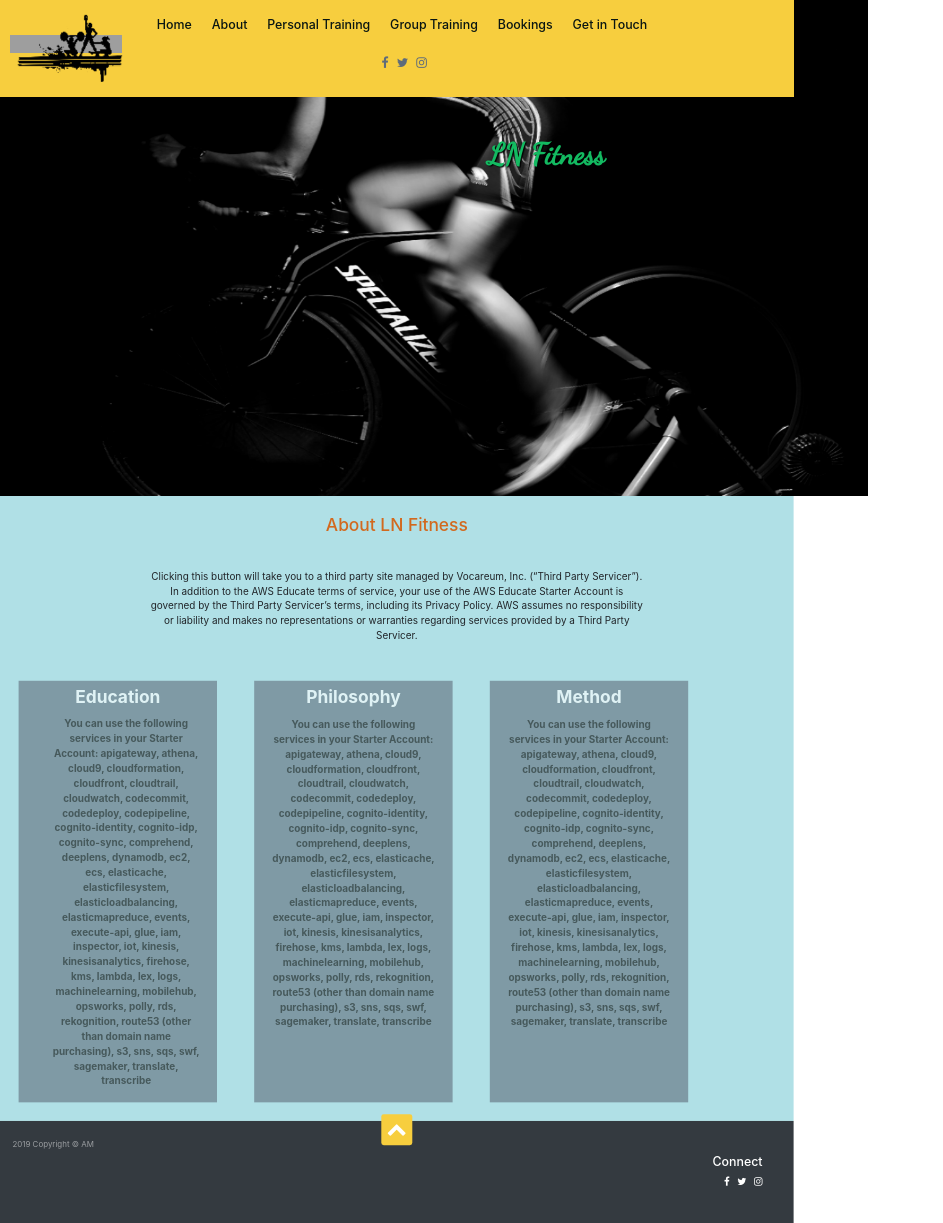
Repository: murphya14/Fitness-webpage
Page: personal-training.html
The author's editor kept a record of every edit. The page is drawn from the files as they stood at one moment, then again after the next edit.
The browser window is 1280 px wide. The page is 1521 px wide, so the pictures cover 1521 px, including what lies to the right of the window. The pictures show the whole page, at 62% of full size.
Pictures or frames that could not be fetched are drawn as grey boxes.

Above is the page before.

### personal-training.html
<!DOCTYPE html>
<html lang="en">

<head>
  <meta charset="UTF-8">
  <meta name="viewport" content="width=device-width, initial-scale=1.0">
  <meta http-equiv="X-UA-Compatible" content="ie=edge">
  <link rel="stylesheet" href="assets/css/style.css" />
  <link rel="stylesheet" href="https://stackpath.bootstrapcdn.com/bootstrap/4.3.1/css/bootstrap.min.css" <link rel="stylesheet" href="https://stackpath.bootstrapcdn.com/font-awesome/4.7.0/css/font-awesome.min.css" type="text/css" />
  <link rel="shortcut icon" type="image/x-icon" href="assets/favicon.ico">
  <link rel="stylesheet" href="https://cdnjs.cloudflare.com/ajax/libs/font-awesome/4.7.0/css/font-awesome.min.css">
  <link rel="stylesheet" type="text/css" href="//fonts.googleapis.com/css?family=Dancing+Script" />
  <title>Home</title>
</head>

<body>



  <header>
    <!-- Logo and Nav bar-->
    <!-- Used help from Stack overflow: https://stackoverflow.com/questions/23949804/how-to-change-link-color-bootstrap-->


    <nav class=" container-fliud navbar navbar-expand-lg navbar-custom  fixed-top navbar-light topnav">
      <div><a class="logo " href="index.html">
          <img src="assets/images/logo.png" alt="logo">
        </a></div>


      <div>
        <div>
          <ul class="nav justify-content-center container-fluid">

            <li class="nav-item">
              <a class="nav-link" href="index.html">Home</a>
            </li>
            <li class="nav-item ">
              <a class="nav-link"  href="about.html">About</a>
            </li>
            <li class="nav-item  ">
              <a class="nav-link" href="personal-training.html">Personal Training</a>
              <li class="nav-item ">
                <a class="nav-link" href="group-training.html">Group Training</a>
              </li>
              <li class="nav-item ">
                <a class="nav-link" href="bookings.html">Bookings</a>
              </li>
              <li class="nav-item ">
                <a class="nav-link" href="get-in-touch.html">Get in Touch</a>
              </li>
          </ul>

        </div>
        <!-- Select menu for Nav bar for smaller devices-->

        <select id="select">
    <option value="index.html" selected="selected">Home</div>
    <option value="about.html">About</option>
    <option value="training.html">Personal Training</option>
    <option value="group-training">Group Training</option>
    <option value="get-in-touch">Get in Touch</option>
  </select>

        <!-- Social links-->

        <div class="row no-gutters">
          <div class="col">

            <div class="nav-link">

              <ul class="list-inline social-links">
                <li class="list-inline-item">
                  <a target="_blank" href="#">
                            <i class="fa fa-facebook" aria-hidden="true"></i>
                            <span class="sr-only">Facebook</span>
                        </a>
                </li>
                <li class="list-inline-item">
                  <a target="_blank" href="#">
                            <i class="fa fa-twitter" aria-hidden="true"></i>
                            <span class="sr-only">Twitter</span>
                        </a>
                </li>


                <li class="list-inline-item">
                  <a target="_blank" href="#">
                            <i class="fa fa-instagram" aria-hidden="true"></i>
                            <span class="sr-only">Instagram</span>
                        </a>
                </li>

              </ul>
            </div>
          </div>
        </div>

    </nav>


  </header>

  <!-- Container for main image -->

  <div class="cotainer-fluid">
    <section class="section">



      <div class="row main-image">

        <div class="col-md-12 col-sm-3 image-about">
          <img src="assets/images/about.jpg" alt="LN Trainer">

          <h2 class="image-text">LN Fitness</h2>
        </div>
      </div>
  </div>

  <!-- Container for link to tailored programs -->

  <div class="container-fluid section">
    <div class="row">
      <div class="col-md-12 col-sm-12">
        <h3 class="section-heading">About LN Fitness</h3>
        <p class="col-md-8 section-p-about">Clicking this button will take you to a third party site managed by Vocareum, Inc. (“Third Party Servicer”). In addition to the AWS Educate terms of service, your use of the AWS Educate Starter Account is governed by the Third Party Servicer’s
          terms, including its Privacy Policy. AWS assumes no responsibility or liability and makes no representations or warranties regarding services provided by a Third Party Servicer.</a>
      </div>
      </p>

    </div>

    <div class="row">


      <div class="transbox col-md-3 col-sm-12">
        <h3 class="box-heading"> Education</h3>
        <div class="container">
        <p class="col-md-12 col-sm-12">You can use the following services in your Starter Account: apigateway, athena, cloud9, cloudformation, cloudfront, cloudtrail, cloudwatch, codecommit, codedeploy, codepipeline, cognito-identity, cognito-idp, cognito-sync, comprehend, deeplens,
          dynamodb, ec2, ecs, elasticache, elasticfilesystem, elasticloadbalancing, elasticmapreduce, events, execute-api, glue, iam, inspector, iot, kinesis, kinesisanalytics, firehose, kms, lambda, lex, logs, machinelearning, mobilehub, opsworks, polly,
          rds, rekognition, route53 (other than domain name purchasing), s3, sns, sqs, swf, sagemaker, translate, transcribe</p>
      </div>
      </div>





      <div class="transbox col-md-3 col-sm-12">
        <h3 class="box-heading"> Philosophy</h3>
        <p>You can use the following services in your Starter Account: apigateway, athena, cloud9, cloudformation, cloudfront, cloudtrail, cloudwatch, codecommit, codedeploy, codepipeline, cognito-identity, cognito-idp, cognito-sync, comprehend, deeplens,
          dynamodb, ec2, ecs, elasticache, elasticfilesystem, elasticloadbalancing, elasticmapreduce, events, execute-api, glue, iam, inspector, iot, kinesis, kinesisanalytics, firehose, kms, lambda, lex, logs, machinelearning, mobilehub, opsworks, polly,
          rds, rekognition, route53 (other than domain name purchasing), s3, sns, sqs, swf, sagemaker, translate, transcribe</p>
      </div>

         <div class="transbox col-md-3 col-sm-12">
        <h3 class="box-heading"> Method</h3>
        <p>You can use the following services in your Starter Account: apigateway, athena, cloud9, cloudformation, cloudfront, cloudtrail, cloudwatch, codecommit, codedeploy, codepipeline, cognito-identity, cognito-idp, cognito-sync, comprehend, deeplens,
          dynamodb, ec2, ecs, elasticache, elasticfilesystem, elasticloadbalancing, elasticmapreduce, events, execute-api, glue, iam, inspector, iot, kinesis, kinesisanalytics, firehose, kms, lambda, lex, logs, machinelearning, mobilehub, opsworks, polly,
          rds, rekognition, route53 (other than domain name purchasing), s3, sns, sqs, swf, sagemaker, translate, transcribe</p>
      </div>


    </div>

  </div>




  </div>
  </div>
  </section>
  </div>




  <!-- footer-->

  <footer id="footer" class="container-fluid py-4 bg-dark text-white-50">
    <div class="row">

      <div class="col-sm-4 text-footer">
        <small>2019 Copyright &copy; AM</small></div>

      <div class="col-sm-4 "><a id="button"></a></div>


      <div class="col-sm-4">

        <!-- footer social media links-->
        <div class="footer-link">
          <h5 class="uppercase general-sub">Connect</h5>
          <ul class="list-inline social-links">
            <li class="list-inline-item">
              <a target="_blank" href="#">
                            <i class="fa fa-facebook" aria-hidden="true"></i>
                            <span class="sr-only">Facebook</span>
                        </a>
            </li>
            <li class="list-inline-item">
              <a target="_blank" href="#">
                            <i class="fa fa-twitter" aria-hidden="true"></i>
                            <span class="sr-only">Twitter</span>
                        </a>
            </li>


            <li class="list-inline-item">
              <a target="_blank" href="#">
                            <i class="fa fa-instagram" aria-hidden="true"></i>
                            <span class="sr-only">Instagram</span>
                        </a>
            </li>

          </ul>
        </div>

      </div>

  </footer>


  <!--------------Back to top button created with help from https://www.templatemonster.com/blog/back-to-top-button-css-jquery/--->
  <script src="https://code.jquery.com/jquery-3.4.1.slim.min.js"></script>
  <script src="https://cdnjs.cloudflare.com/ajax/libs/popper.js/1.15.0/umd/popper.min.js"></script>
  <script src="https://stackpath.bootstrapcdn.com/bootstrap/4.3.1/js/bootstrap.min.js"></script>


  <script>
    jQuery(document).ready(function() {

      var btn = $('#button');

      $(window).scroll(function() {
        if ($(window).scrollTop() > 300) {
          btn.addClass('show');
        }
        else {
          btn.removeClass('show');
        }
      });

      btn.on('click', function(e) {
        e.preventDefault();
        $('html, body').animate({ scrollTop: 0 }, '300');
      });

    });
  </script>




</body>

</html>

### assets/css/style.css
/*----------------------------------------------- Colours*/

.nav-link {
    color: #00ccff;
}

#active {
    color: #5F6C7A;
}

.navbar {
    background:#f7ce3e ;

}


li a:hover {
    color: #f7ce3e;
}

/*--------------------------------------------- General*/

body {font-size: 17px;
    font-family: "arial", sans-serif;
    margin: 0; padding: 0; overflow-x:hidden;
}

.center {
  display: block;
  margin-left: auto;
  margin-right: auto;
  width: 50%;
}


.inline-block {
    display: inline-block;
}







.highlight {color:#D2691E;
    padding:0;
    margin:0;
}








/*--------------------------------------------- Nav bar*/

nav ul {
    padding: 8px;
    margin-right: 0;
    display: block;
    font-size: 20px;
    font-weight: 600;



}

.logo {
    position: static;
    background: url("../images/rosie.jpg");
    background-position: center;
    background-repeat: no-repeat;
    margin-right:40px;
    padding-top: 10px;
    padding-left: 10px;
    min-height: 100px;
    transition: all .5s ease-in-out;
    -moz-transition: all .5s ease-in-out;
    -webkit-transition: all .5s ease-in-out;
    height: 10%;
    width: 25%;
}

.header {
    position: fixed;
    top: 0;
    left: 0;
    right: 0;
    background-color: #e84610;
    padding: 15px 25px;

}

nav select {
    display: none;
    background-color: #77C9D4;
    color: white;
    border: 1px solid #778899;
   position: relative;
   cursor: pointer;
   top: 100%;
  left: 0;
  right: 0;
  z-index: 99;

}

#select {color: #f7ce3e;
    background-color: #5F6C7A;
}


.nav-link
{color: #0A1612;
text-align: center;
padding: 8px;
    margin-right: 0;
    display: block;

    font-size:33;
    font-weight: 500;
    padding-left: 5px;
      transition: all 0.35s ease-in-out;
    -moz-transition: all 0.35s ease-in-out;
    -webkit-transition: all 0.35s ease-in-out;
    -o-transition: all 0.35s ease-in-out;
    max-width:100%;

}
/*-------------------------Social links*/
nav a {color:#5F6C7A;}

nav a:hover {
    color: white;
}

/*-------------------------------------------Section*/

/*-------------------------Section Image*/

.main-image {max-width:100%;
    height:100%;
    padding-left:0;
    padding-right:0;
    position: relative;
 }

.image-text {
   position: absolute;
   top: 250px;
   left: 70%;
   width: 100%;
   color:#13BA61;
   font-family: "Dancing Script";
   font-size: 48px;
   font-variant: normal;
   font-weight: 700;
   line-height: 26.4px;
   text-shadow: 2px 2px 2px #000;
    transform: translate(-50%, -50%);
 }


/*------------------Index.html*/
 .section {background-color:#B0E0E6;
  text-align: center;


     max-width:100%;
 }

.section-heading {color: #D2691E;
            text-align: center;
                    padding: 30px;
}

.section-p {padding:12px;
margin:10px;
    padding-bottom: 50px;
;


}

.section-p-about {padding:15px;
    text-align: center;
     width:75%;
}



.free-link {text-align: center;
    font-weight: 700;
    background-color: #5F6C7A;
    font:white;
    padding:15px;
    margin:15px;
    border-radius:15px;

  bottom: 5px;
  right: 30px;
  transition: background-color .3s;
  z-index: 1000;
  position: relative;
   left: 50%;

     transform: translate(-50%,-50%);


}

.section-link {color:white;
 width:120px;


}


.section a:hover {color:#f7ce3e;
text-decoration:none;

}

/*------------------About.html*/


/* With help from https://www.w3schools.com/css/tryit.asp?filename=trycss_transparency*/

div.transbox {
  margin: 30px;
  background-color: #5F6C7A;
  border: none;
  opacity: 0.6;
  filter: alpha(opacity=60);
  padding: 10px;
}

div.transbox p {
  margin: 5%;
  font-weight: bold;
  color: #000000;
}

.box-heading {font-weight:700;
color:white;}


/*--------------------------------------------- footer*/

#button {
  text-align: center;
  display: inline-block;
  background-color: #f7ce3e;
  width: 50px;

  border-radius: 4px;
  bottom: 10px;
  right: 30px;
  transition: background-color .3s;
  z-index: 1000;
  position: relative;
   left: 50%;

     transform: translate(-50%,-50%);


}


#button:hover {
  cursor: pointer;
  background-color: #333;
}
#button:active {
  background-color: #555;
}

#button::after {
  content: "\f077";
  font-family: FontAwesome;
  font-weight: normal;
  font-style: normal;
  font-size: 2em;
  line-height: 50px;
  color: #fff;
}

.footer-link
{color: white;
text-align: right;

    float: none;
    padding-bottom: 15px;
    padding-right: 30px;
    padding-top:30px;
    font-size:33;
    font-weight: 500;
    padding-left: 5px;
      transition: all 0.35s ease-in-out;
    -moz-transition: all 0.35s ease-in-out;
    -webkit-transition: all 0.35s ease-in-out;
    -o-transition: all 0.35s ease-in-out;

}

footer a {color:white;}

 footer  a:hover {
    color: #f7ce3e;
}

.text-footer {float: left;
padding-bottom: 5px;
text-align: left;

}

#footer { min-height: 120px;

    margin: 0;
    padding: 20px;
    max-width:100%;}



/*------------- Responsive design*/

/* Extra small devices (phones, 600px and down) */


@media only screen and (max-width: 600px) {

/*------------------------------------- Changing the menu to a select bar for smaller screens*/
  .topnav {display: none;
    }
    nav select {
        display: inline-block;
        width: 55%;
        height: 25%;
          border-radius: 4px;
        position: left;
    }
    .nav-item {
        display: none;
    }
    .logo {
        position: right;
        height: 80%;
    }
}






/* Small devices (portrait tablets and large phones, 600px and up) */

@media only screen and (min-width: 600px) {}

/* Medium devices (landscape tablets, 768px and up) */

@media only screen and (min-width: 768px) {
.section-p-about {  transform: translate(25%, 0);}
}

/* Large devices (laptops/desktops, 992px and up) */

@media only screen and (min-width: 992px) {
    ...
}

/* Extra large devices (large laptops and desktops, 1200px and up) */

@media only screen and (min-width: 1200px)
}

After the next edit:
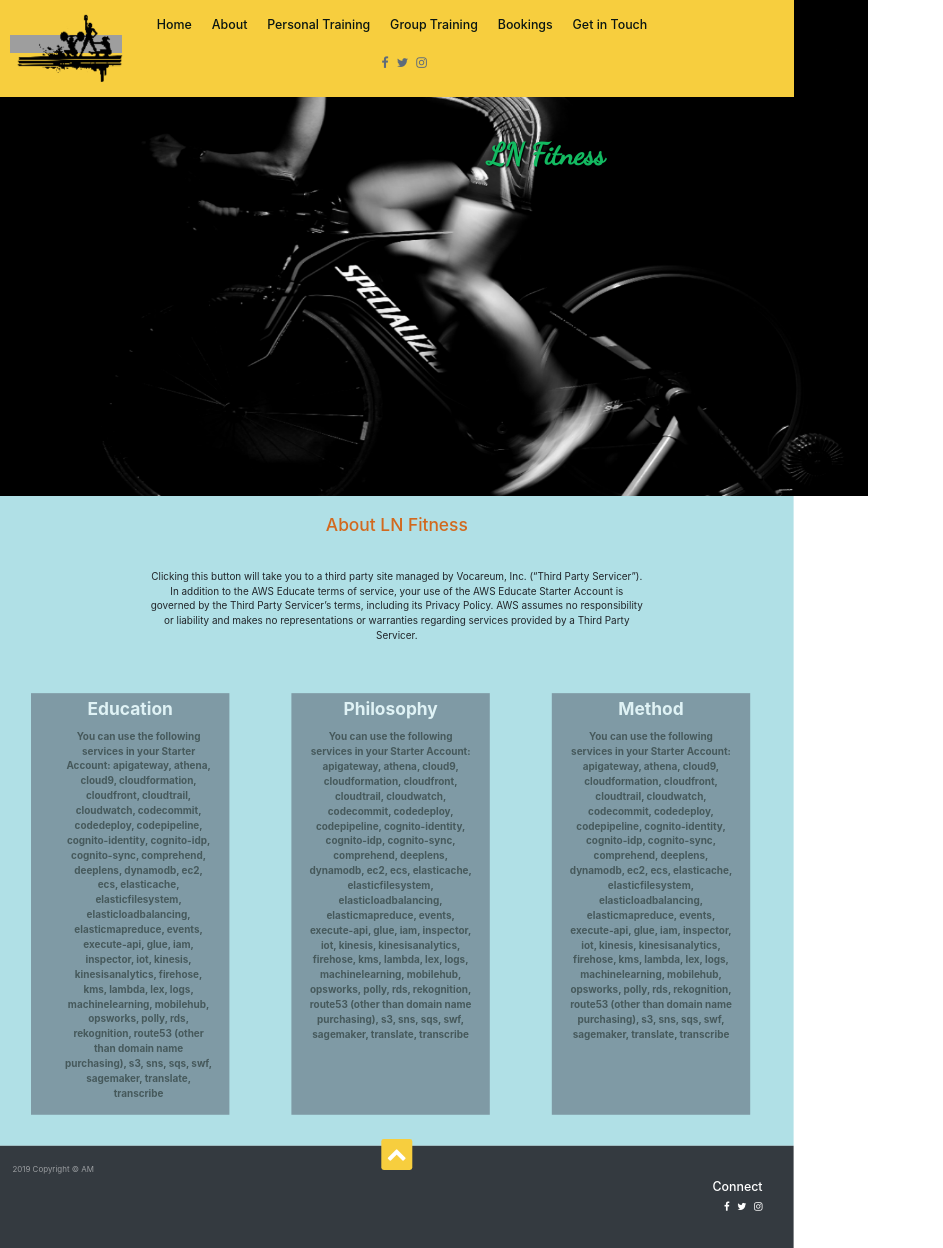
The edit:
--- a/assets/css/style.css
+++ b/assets/css/style.css
@@ -230,7 +230,8 @@
 /* With help from https://www.w3schools.com/css/tryit.asp?filename=trycss_transparency*/
 
 div.transbox {
-  margin: 30px;
+  margin: 50px;
+
   background-color: #5F6C7A;
   border: none;
   opacity: 0.6;
